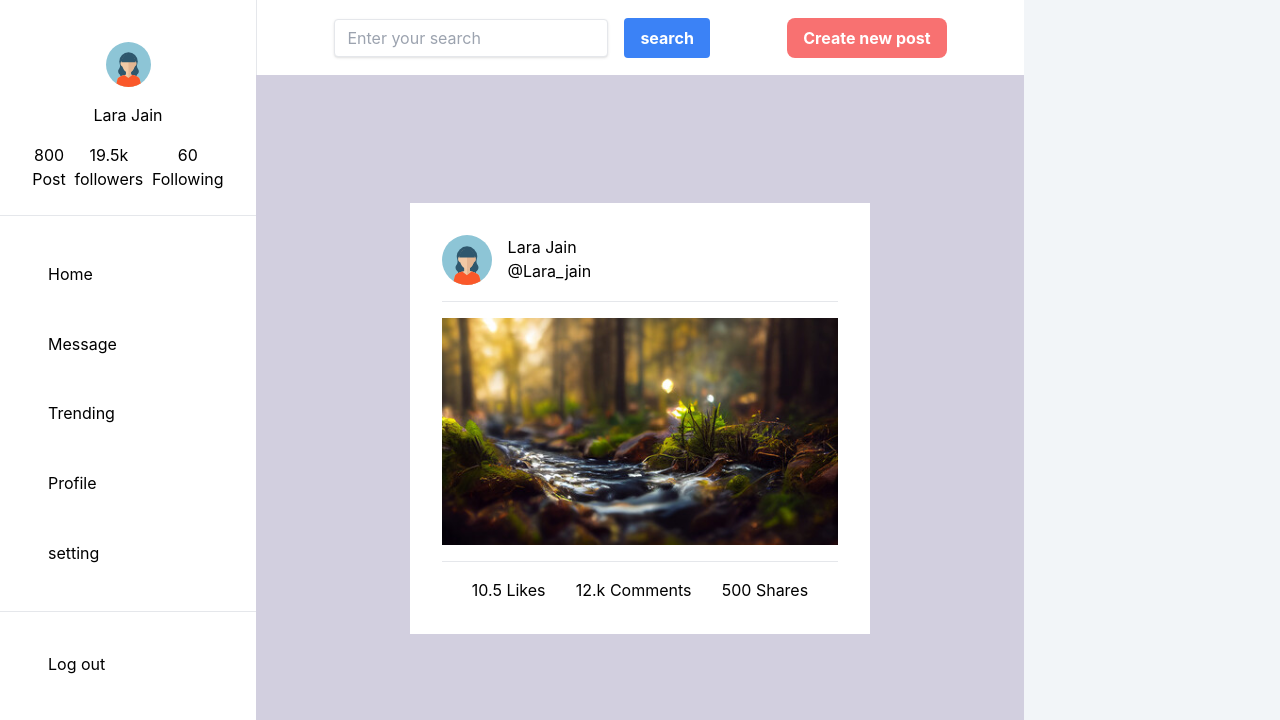
Repository: cosmicswati/upgrad-captions-project
Page: /
The author's editor kept a copy of each file at every save. The page is drawn from the files as they stood at one save, then again after the next save.
The browser window is 1280 px wide. The pictures show the whole page.
An inner scrolling area shows only its first screen. The project was rebuilt for these pictures with package versions that can differ from the ones it lists, and the page was loaded fresh each time. Also part of the build but not shown: src/modules/Authorization/Form.jsx, src/modules/Authorization/index.js.

Above is the page before, as saved 2024-04-10 12:41:28.

### src/index.css
@tailwind base;
@tailwind components;
@tailwind utilities;

body {
  margin: 0;
  font-family: -apple-system, BlinkMacSystemFont, 'Segoe UI', 'Roboto', 'Oxygen',
    'Ubuntu', 'Cantarell', 'Fira Sans', 'Droid Sans', 'Helvetica Neue',
    sans-serif;
  -webkit-font-smoothing: antialiased;
  -moz-osx-font-smoothing: grayscale;
}

code {
  font-family: source-code-pro, Menlo, Monaco, Consolas, 'Courier New',
    monospace;
}

.scrollbar-hide::-webkit-scrollbar{
  display: none;
}

### src/App.js
import React from 'react';
import Routes from './routes'
function App() {
  return (
    <div>
      {/* <Auth />  */}
      <Routes/>
    </div>
  );
}

export default App;

### src/routes/index.js
import React from 'react';
import Home from '../modules/Home';
import Form from '../modules/Authorization'
import { Route, Routes as Router } from 'react-router-dom';


const PrivateRoutes =({childeren}) => {
    const isUserLoggedIn = window.localStorage.getItem('user:token') || false
}

const Routes = () => {
    const routes = [
         {
            id : 1,
           name : 'home',
           path : '/',
           Components : <Home/>
         },
         {
            id : 2,
           name : 'sign in',
           path : '/account/signin',
           Components : <Form/>
         },
         {
            id : 3,
           name : 'sign up',
           path : '/account/signup',
           Components : <Form/>
         },
    ]
  return (
    <Router>
        {
            routes.map(({id, name, path, Components}) => {
                return <Route key={id} path={path} element={Components} />
            })
        }
    </Router>
  );
};

export default Routes;

### src/modules/Home/index.js
import React from 'react'
import { ReactComponent as Avatar} from '../../assets/Avatar.svg'
import Input from '../../components/Input';
import Button from '../../components/Button';
import postImg from '../../assets/postImg.jpg'

const Home = () => {
  return (
    <div className='h-screen bg-[#d2cfdf]  flex overflow-hidden'>
        <div className='w-[20%] bg-white flex flex-col'>
            <div className='h-[30%] flex justify-center items-center border-b'>
                <div className='flex flex-col justify-center items-center'>
                    <Avatar width={'45px'} height={'45px'}/>
                    <p className='my-4'>Lara Jain</p>
                    <div className='h-[30px] flex justify-around w-[200px] text-center'>
                        <div className='flex flex-col justify-around items-center'>
                            <h4>800</h4>
                            <p>Post</p>
                        </div>
                        <div>
                            <h4>19.5k</h4>
                            <p>followers</p>
                        </div>
                        <div>
                            <h4>60</h4>
                            <p>Following</p>
                        </div>
                    </div>
                </div>
            </div>
            <div className='h-[55%] flex flex-col justify-evenly pl-12 border-b'>
                    <div>Home</div>
                    <div>Message</div>
                    <div>Trending</div>
                    <div>Profile</div>
                    <div>setting</div>
            </div>
            <div className='h-[15%] pt-10'>
                <div className='ml-12 cursor-pointer'>Log out</div>
            </div>
        </div>
        <div className='w-[60%] overflow-scroll h-full scrollbar-hide'>
            <div className='bg-white h-[75px] border-l flex justify-evenly items-center pt-4'>
                 <div className='flex justify-center items-center'>
                    <Input placeholder='Enter your search '/>
                    <Button label='search'  className='mb-4 ml-4'/>
                 </div>
                 <Button label='Create new post'  className='rounded-lg bg-red-400 hover:bg-red-500 mb-4'/>
            </div>
            <div className='bg-white w-[60%]  mx-auto mt-32 p-8'>
                <div className='border-b flex item-center pb-4 mb-4'>
                    <Avatar width={'50px'} height={'50px'} />
                   <div className='ml-4'>
                   <h3>Lara Jain</h3>
                    <p>@Lara_jain</p>
                   </div>
                </div>
                <div className='border-b pb-4 mb-4'>
                    <img src={postImg} width={'500px'}/>
                </div>
                <div className='flex justify-evenly mt-4'>
                    <div>10.5 Likes</div>
                    <div>12.k Comments</div>
                    <div>500 Shares</div>
                </div>
            </div>
            <div className='bg-white w-[60%]  mx-auto mt-32 p-8'>
                <div className='border-b flex item-center pb-4 mb-4'>
                    <Avatar width={'50px'} height={'50px'} />
                   <div className='ml-4'>
                   <h3>Lara Jain</h3>
                    <p>@Lara_jain</p>
                   </div>
                </div>
                <div className='border-b pb-4 mb-4'>
                    <img src={postImg} width={'500px'}/>
                </div>
                <div className='flex justify-evenly mt-4'>
                    <div>10.5 Likes</div>
                    <div>12.k Comments</div>
                    <div>500 Shares</div>
                </div>
            </div>
        </div>

        <div className='w-[20%] bg-[#F2F5F8]'>

            </div>
    </div>
  )
}

export default Home

### src/components/Input/index.js
import React from 'react'

const Input = ({
    name = '',
    label ='',
    type ='',
    placeholder =''
}) => {
  return (
    <div class="mb-4">
        {
          label &&
          <label class="block text-gray-700 text-sm font-bold mb-2" for={name}>
             {label}
          </label>
        }

        <input class="shadow apperance-none border rounded w-full py-2 px-3
         text-gray-700 leading-tight focus:outline-none focus:shadow-outline"
         id={name} type={type} placeholder={placeholder} />

    </div>
  )

}

export default Input

### src/components/Button/index.js
import React from 'react'

const Button = ({
    label ='',
    className =''
}) => {
  return (
    <button className={`bg-blue-500 hover:bg-blue-700 text-white font-bold py-2 px-4 rounded ${className}`}>
      {label}
  </button>
  )
}

export default Button

### tailwind.config.js
/** @type {import('tailwindcss').Config} */
module.exports = {
 mode:'jit',
 purge: [
  './public/**/*.html',
  './src/**/*.{js,jsx,ts,tsx,vue}',
 ],
  content: [
    "./src/**/*.{js,jsx,ts,tsx}",
  ],
  theme: {
    extend: {},
  },
  plugins: [],
}

Loaded but not shown: public/index.html (common file); src/index.js (common file); src/reportWebVitals.js (common file)

After the next save:
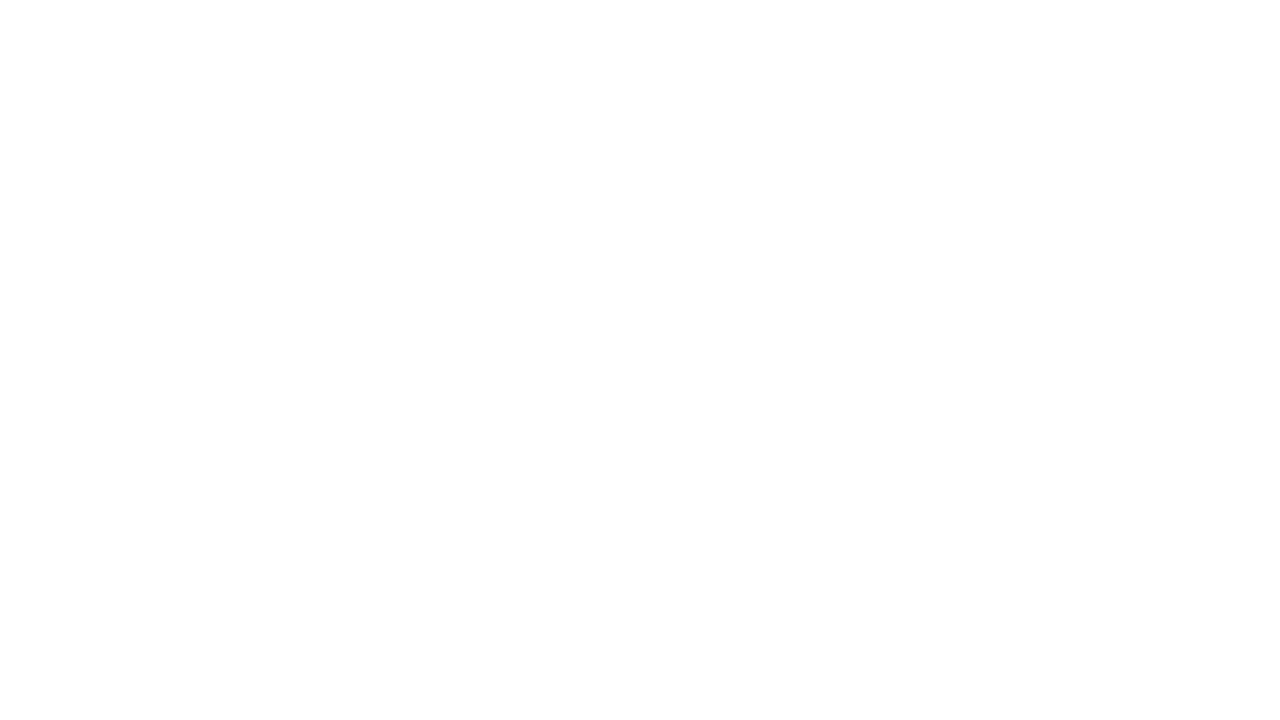
Saved 10 min 27 s later.
--- a/src/routes/index.js
+++ b/src/routes/index.js
@@ -1,11 +1,19 @@
 import React from 'react';
 import Home from '../modules/Home';
 import Form from '../modules/Authorization'
-import { Route, Routes as Router } from 'react-router-dom';
+import { Navigate, Route, Routes as Router } from 'react-router-dom';
 
 
-const PrivateRoutes =({childeren}) => {
+const PrivateRoute =({children}) => {
     const isUserLoggedIn = window.localStorage.getItem('user:token') || false
+    const isFormPages = window.location.pathname.includes('account')
+
+    if(isUserLoggedIn && !isFormPages){
+        return children
+    }else{
+        <Navigate to={'/account/signin'} replace/>
+    }
+
 }
 
 const Routes = () => {
@@ -33,7 +41,7 @@
     <Router>
         {
             routes.map(({id, name, path, Components}) => {
-                return <Route key={id} path={path} element={Components} />
+                return <Route key={id} path={path} element={<PrivateRoute>{Components}</PrivateRoute>} />
             })
         }
     </Router>

After the save that followed:
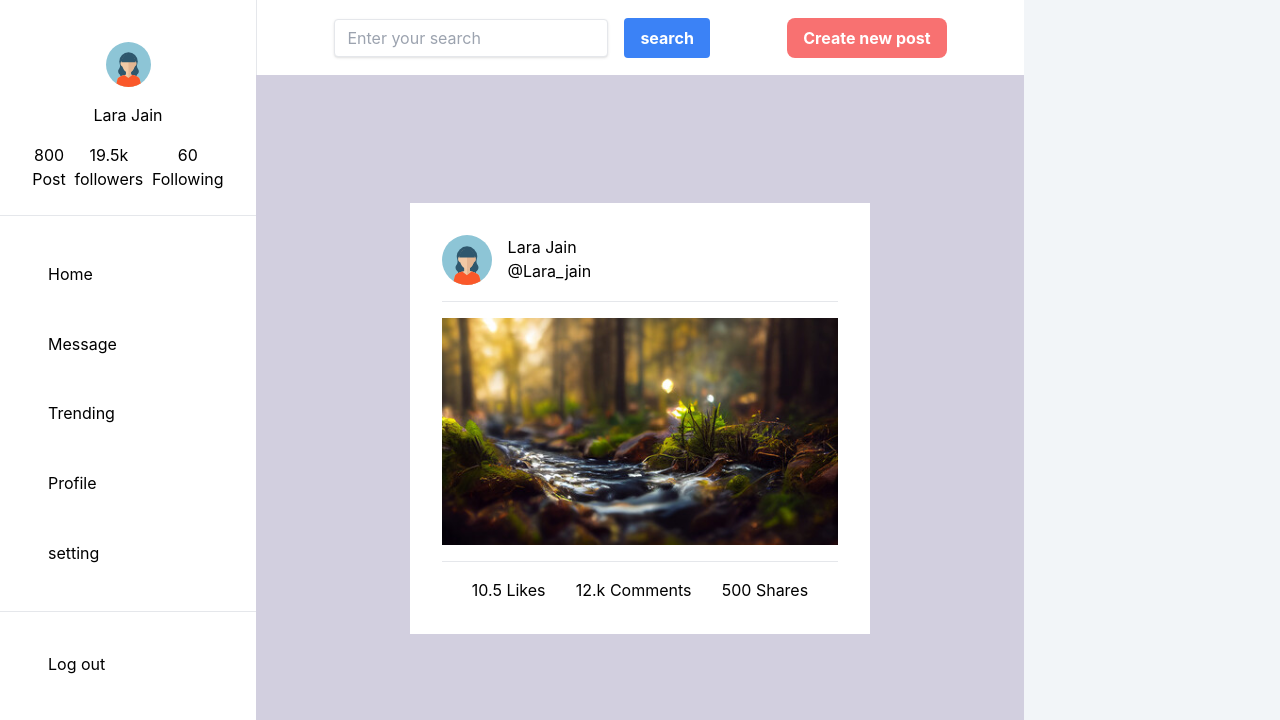
Saved 58 s later.
--- a/src/routes/index.js
+++ b/src/routes/index.js
@@ -5,7 +5,7 @@
 
 
 const PrivateRoute =({children}) => {
-    const isUserLoggedIn = window.localStorage.getItem('user:token') || false
+    const isUserLoggedIn = window.localStorage.getItem('user:token') || true
     const isFormPages = window.location.pathname.includes('account')
 
     if(isUserLoggedIn && !isFormPages){
